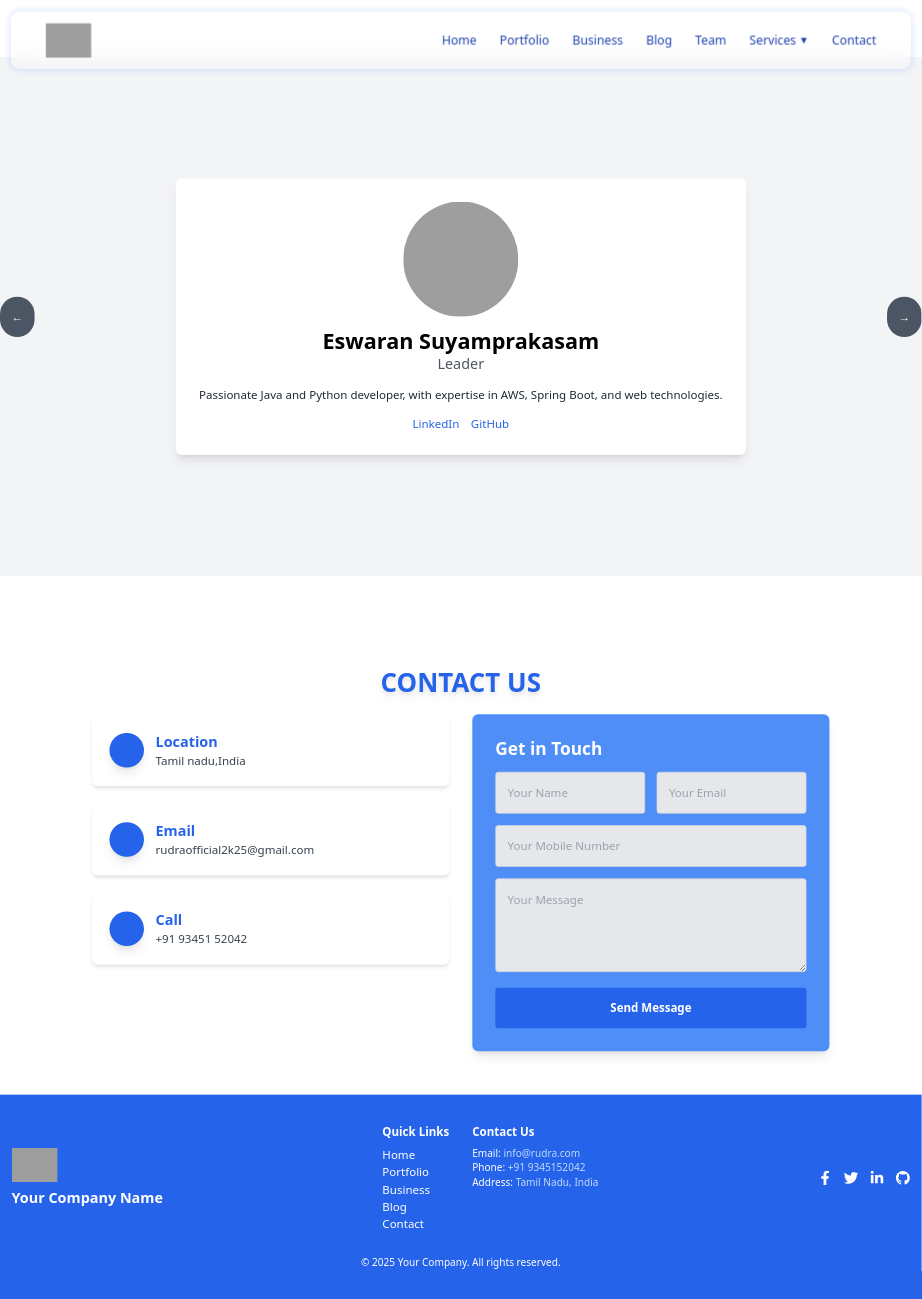
Repository: Rudra-Eswaran/Rudra_Official
Page: /
An editor plug-in stored every save of this project. The page is shown before and after the next save, followed by the edit.
The browser window is 1280 px wide. The pictures show the whole page, at 72% of full size.
Pictures or frames that could not be fetched are drawn as grey boxes. Some web libraries are served in a nearby version. The project was rebuilt for these pictures with package versions that can differ from the ones it lists, and the page was loaded fresh each time. Also part of the build but not shown: vite.config.js.

Above is the page before, as saved 2025-04-16 16:42:05.

After the next save:
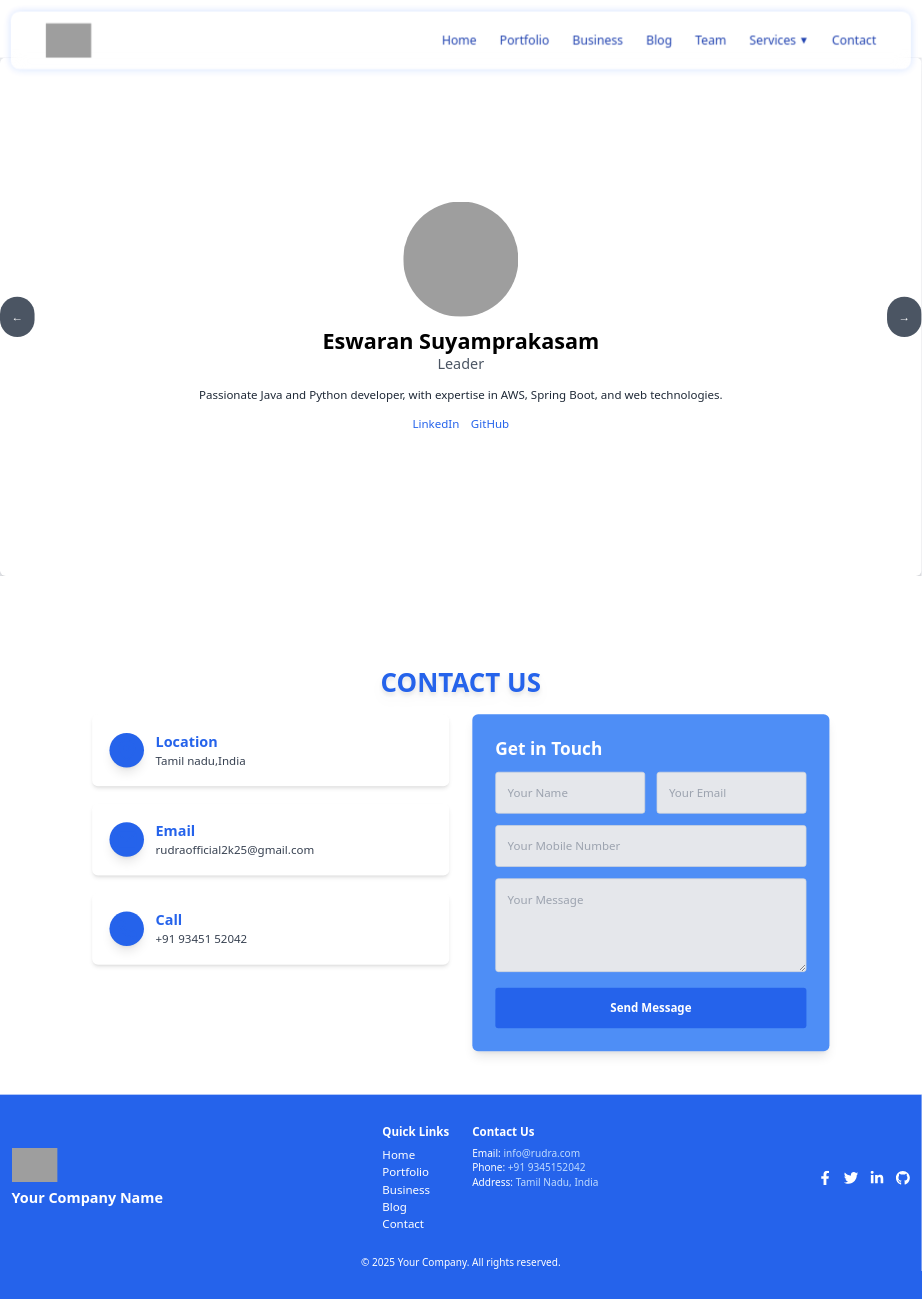
Saved 30 s later.
--- a/src/pages/Rudrans.jsx
+++ b/src/pages/Rudrans.jsx
@@ -43,35 +43,34 @@ const Rudrans = () => {
 
   return (
     <div className="relative w-full h-screen bg-gray-200 overflow-hidden">
-      <div className="absolute top-0 left-0 w-full h-full">
-        <div className="flex justify-center items-center w-full h-full bg-gray-100 p-10">
-          <div className="flex flex-col items-center justify-center bg-white rounded-lg shadow-lg p-8">
-            <img
-              src={teamData[currentIndex].photo}
-              alt={teamData[currentIndex].name}
-              className="w-40 h-40 rounded-full mb-4"
-            />
-            <h2 className="text-3xl font-bold">{teamData[currentIndex].name}</h2>
-            <p className="text-xl text-gray-600">{teamData[currentIndex].role}</p>
-            <p className="mt-4 text-center text-gray-800">{teamData[currentIndex].bio}</p>
-            <div className="mt-4 flex space-x-4">
-              <a
-                href={teamData[currentIndex].linkedin}
-                target="_blank"
-                rel="noopener noreferrer"
-                className="text-blue-600 hover:underline"
-              >
-                LinkedIn
-              </a>
-              <a
-                href={teamData[currentIndex].github}
-                target="_blank"
-                rel="noopener noreferrer"
-                className="text-blue-600 hover:underline"
-              >
-                GitHub
-              </a>
-            </div>
+      {/* Container for full width and height */}
+      <div className="flex justify-center items-center w-full h-full">
+        <div className="flex flex-col items-center justify-center bg-white rounded-lg shadow-lg p-8 w-full h-full">
+          <img
+            src={teamData[currentIndex].photo}
+            alt={teamData[currentIndex].name}
+            className="w-40 h-40 rounded-full mb-4"
+          />
+          <h2 className="text-3xl font-bold">{teamData[currentIndex].name}</h2>
+          <p className="text-xl text-gray-600">{teamData[currentIndex].role}</p>
+          <p className="mt-4 text-center text-gray-800">{teamData[currentIndex].bio}</p>
+          <div className="mt-4 flex space-x-4">
+            <a
+              href={teamData[currentIndex].linkedin}
+              target="_blank"
+              rel="noopener noreferrer"
+              className="text-blue-600 hover:underline"
+            >
+              LinkedIn
+            </a>
+            <a
+              href={teamData[currentIndex].github}
+              target="_blank"
+              rel="noopener noreferrer"
+              className="text-blue-600 hover:underline"
+            >
+              GitHub
+            </a>
           </div>
         </div>
       </div>
